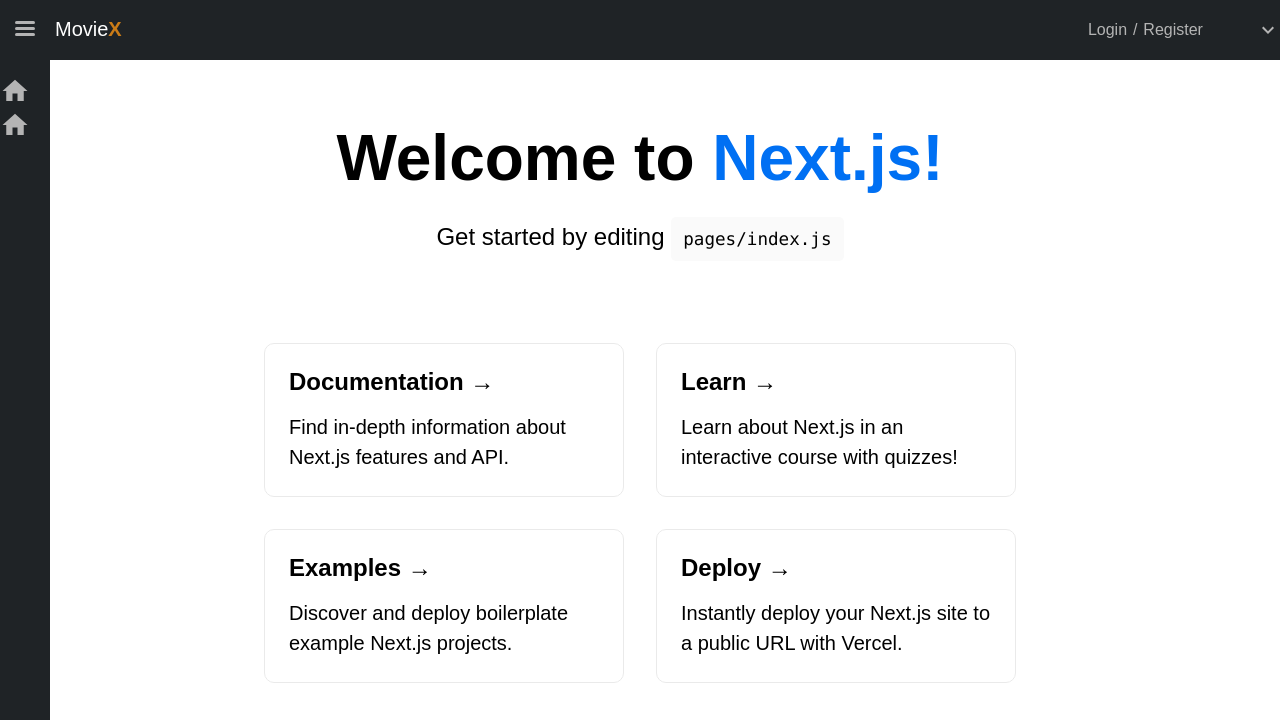
Repository: Amad-Mlinka/MovieTVBrowserNext
Page: /
The author's editor kept a copy of each file at every save. The page is drawn from the files as they stood at one save, then again after the next save.
The browser window is 1280 px wide. The pictures show the whole page.
An inner scrolling area shows only its first screen. The project was rebuilt for these pictures with package versions that can differ from the ones it lists, and the page was loaded fresh each time. The framework's server and built-in components were replaced by stand-ins that run in the browser. Also part of the build but not shown: next.config.js.

Above is the page before, as saved 2021-08-03 19:21:23.

After the next save:
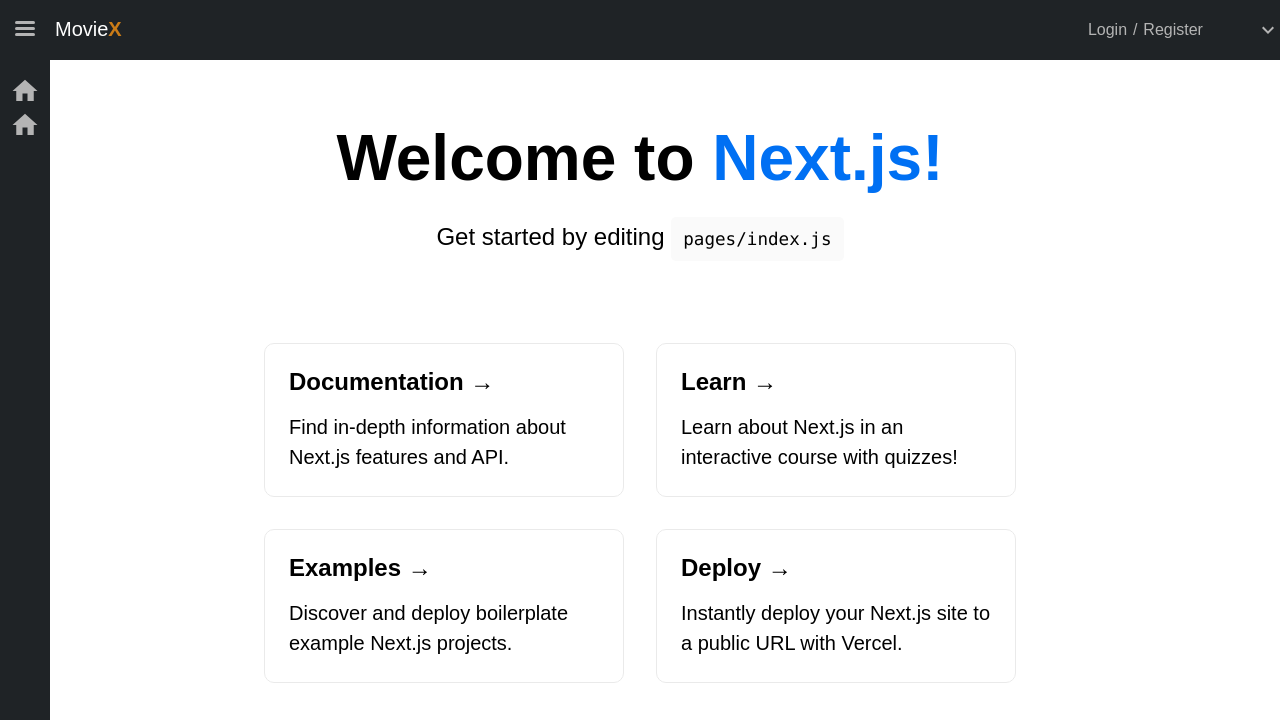
Saved 16 s later.
--- a/styles/Header.module.scss
+++ b/styles/Header.module.scss
@@ -284,5 +284,6 @@
     svg{
         color: $tertiary-color;
         font-size: 30px;
-    }
-}
+        margin-left: 10px;
+    }
+}
